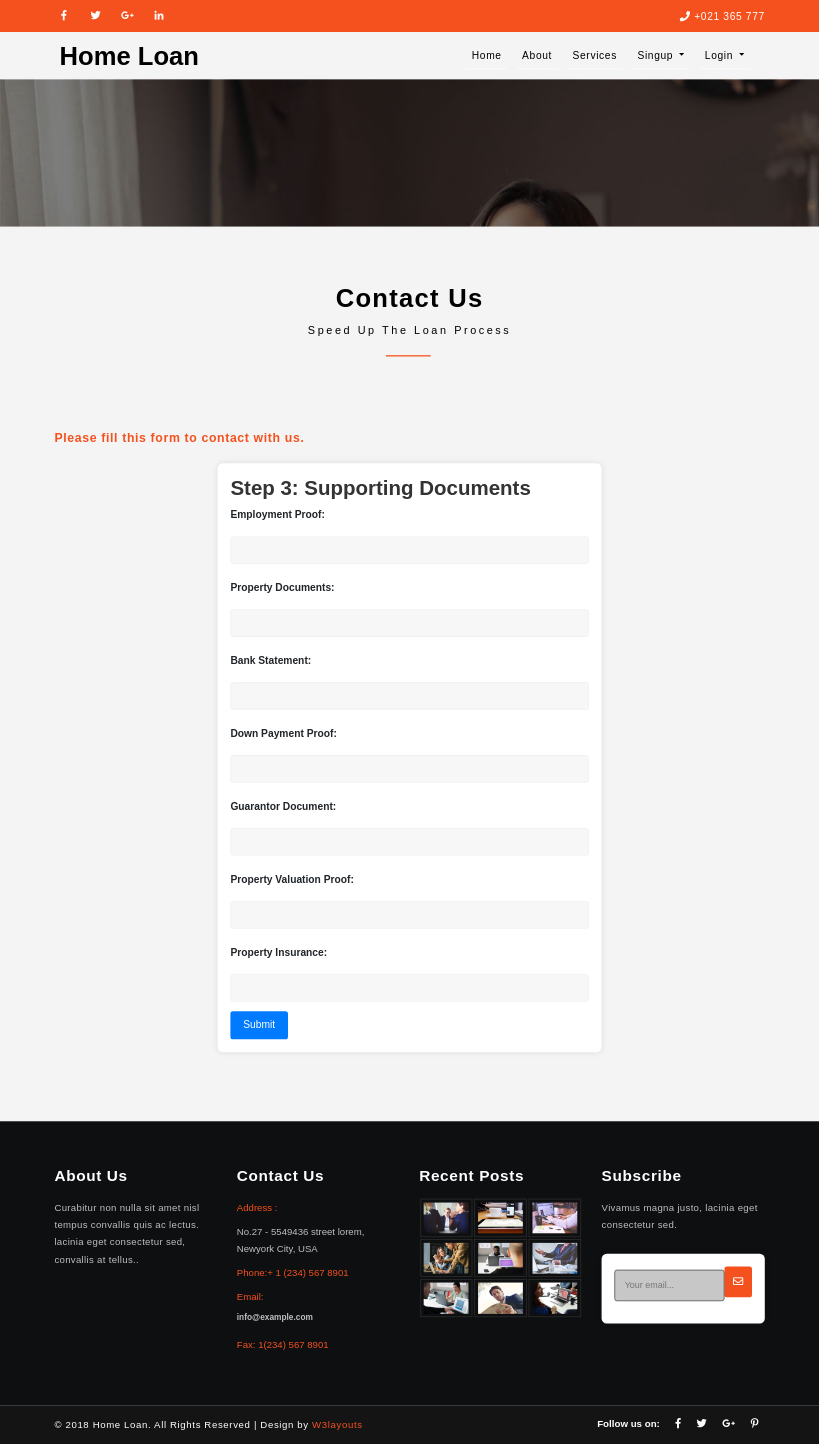
Repository: 72-faisal/Spring-MVC-project
Page: http://localhost/HomeLoan/WEB-INF/views/UserFormForLoanOnline3.jsp
These files come from the project's save history. The page is drawn as it stood at one moment and after the next save; the edit follows.
The browser window is 1280 px wide. The pictures show the whole page, at 64% of full size.
Some web fonts or font styles are not loaded; a fallback is used. The page is served by Tomcat 9. Nobody is signed in. Other server files are loaded and not shown. The template is opened directly, without the code that normally fills it, so the values that code supplies are empty.

Above is the page before, as saved 2023-12-29 11:54:45.

### HomeLoan/src/main/webapp/WEB-INF/views/UserFormForLoanOnline3.jsp
<%@ page language="java" contentType="text/html; charset=ISO-8859-1"
	pageEncoding="ISO-8859-1"%>

<!--
Author: W3layouts
Author URL: http://w3layouts.com
License: Creative Commons Attribution 3.0 Unported
License URL: http://creativecommons.org/licenses/by/3.0/
-->
<!DOCTYPE HTML>
<html lang="zxx">

<head>
<title>Home Loan a Banking Category Flat Bootstrap Responsive
	Website Template | Contact :: w3layouts</title>
<meta name="viewport" content="width=device-width, initial-scale=1">
<meta charset="utf-8">
<meta name="keywords"
	content="Home Loan Responsive web template, Bootstrap Web Templates, Flat Web Templates, Android Compatible web template,
SmartPhone Compatible web template, free WebDesigns for Nokia, Samsung, LG, SonyEricsson, Motorola web design" />
<script>
	addEventListener("load", function() {
		setTimeout(hideURLbar, 0);
	}, false);

	function hideURLbar() {
		window.scrollTo(0, 1);
	}
</script>

<!-- Bootstrap Core CSS -->
<link href="<%=request.getContextPath()%>/resources/css/bootstrap.css"
	rel='stylesheet' type='text/css' />
<link href="<%=request.getContextPath()%>/resources/css/style.css"
	rel='stylesheet' type='text/css' />
<!-- font-awesome icons -->
<link
	href="<%=request.getContextPath()%>/resources/css/fontawesome-all.min.css"
	rel="stylesheet">
<!-- //Custom Theme files -->
<!-- online fonts -->
<!-- titles -->
<link
	href="//fonts.googleapis.com/css?family=Raleway:300,400,500,600,700,800,900"
	rel="stylesheet">
<!-- body -->
<link
	href="//fonts.googleapis.com/css?family=Poppins:400,500,600,700,800"
	rel="stylesheet">
<style type="text/css">
body {
	font-family: 'Arial', sans-serif;
	background-color: #f4f4f4;
	margin: 0;
	padding: 0;
}

form {
	background-color: #fff;
	max-width: 600px;
	margin: 20px auto;
	padding: 20px;
	border-radius: 8px;
	box-shadow: 0 0 10px rgba(0, 0, 0, 0.1);
}

h2 {
	color: #333;
}

label {
	display: block;
	margin-top: 10px;
	font-weight: bold;
}

input {
	width: 100%;
	padding: 10px;
	margin-top: 5px;
	margin-bottom: 15px;
	box-sizing: border-box;
	border: 1px solid #ccc;
	border-radius: 4px;
}

button {
	background-color: #007bff;
	color: #fff;
	border: none;
	padding: 10px 20px;
	border-radius: 4px;
	cursor: pointer;
}

button:hover {
	background-color: #0056b3;
}

/* Style for each step/page */
#step1, #step2, #step3 {
	display: none;
}

/* Common styling for steps */
#step1 h2, #step2 h2, #step3 h2 {
	color: #333;
	border-bottom: 2px solid #ccc;
	padding-bottom: 10px;
	margin-bottom: 20px;
}

/* Responsive styling for small screens */
@media ( max-width : 600px) {
	form {
		margin: 10px;
		padding: 15px;
	}
}
</style>
</head>

<body>

	<!-- header -->
	<header>
		<div class="top">
			<div class="container">
				<div class="t-op row">
					<div class="col-sm-6 top-middle">
						<ul>
							<li><a href="#"><i class="fab fa-facebook-f"></i></a></li>
							<li><a href="#"><i class="fab fa-twitter"></i></a></li>
							<li><a href="#"><i class="fab fa-google-plus-g"></i></a></li>
							<li><a href="#"><i class="fab fa-linkedin-in"></i></a></li>
						</ul>
					</div>
					<div class="col-sm-6 top-left">
						<ul>
							<li><i class="fas fa-phone"></i> +021 365 777</li>
						</ul>
					</div>
				</div>
			</div>
		</div>
		<div class="container">
			<nav class="navbar navbar-expand-lg navbar-light">
				<h1>
					<a class="navbar-brand text-capitalize" href=index> Home Loan </a>
				</h1>
				<button class="navbar-toggler" type="button" data-toggle="collapse"
					data-target="#navbarSupportedContent"
					aria-controls="navbarSupportedContent" aria-expanded="false"
					aria-label="Toggle navigation">
					<span class="navbar-toggler-icon"></span>
				</button>

				<div class="collapse navbar-collapse" id="navbarSupportedContent">
					<ul class="navbar-nav text-center  ml-lg-auto">
						<li class="nav-item mr-3"><a class="nav-link" href=index>Home
								<span class="sr-only">(current)</span>
						</a></li>
						<li class="nav-item  mr-3"><a class="nav-link" href="about">About</a>
						</li>
						<li class="nav-item  mr-3"><a class="nav-link"
							href="services">Services</a></li>
						<li class="nav-item dropdown mr-3"><a
							class="nav-link dropdown-toggle" href="#" id="navbarDropdown"
							role="button" data-toggle="dropdown" aria-haspopup="true"
							aria-expanded="false"> Singup </a>
							<div class="dropdown-menu" aria-labelledby="navbarDropdown">
								<a class="dropdown-item" href="UserRegister">Register</a>
								<!-- <a class="dropdown-item" href="gallery">Gallery</a> -->
							</div></li>
						<li class="nav-item dropdown mr-3"><a
							class="nav-link dropdown-toggle" href="#" id="navbarDropdown"
							role="button" data-toggle="dropdown" aria-haspopup="true"
							aria-expanded="false"> Login </a>
							<div class="dropdown-menu" aria-labelledby="navbarDropdown">
								<a class="dropdown-item" href="UserLogin">Login</a>
								<!-- <a class="dropdown-item" href="gallery">Gallery</a> -->
							</div></li>
						<!-- 	<li class="nav-item active"><a class="nav-link"
							href="contact">contact</a></li> -->
					</ul>
				</div>
			</nav>
		</div>
	</header>
	<!-- //header -->
	<!-- banner -->
	<section class="banner-1"></section>
	<!-- //banner -->
	<!--/contact-->
	<section class="contact py-5">
		<div class="container py-md-4 mt-md-3">
			<h2 class="heading-agileinfo">
				Contact Us<span>Speed Up The Loan Process</span>
			</h2>
			<span class="w3-line black"></span>
			<div class="inner-sec-w3layouts-agileinfo mt-md-5 pt-5">

				<div class="contact_grid_right mt-5">
					<h6>Please fill this form to contact with us.</h6>
					<form action="UploadDocuments" method="post"
						enctype="multipart/form-data">
						<!-- Step 3: Supporting Documents -->
						<h2>Step 3: Supporting Documents</h2>
						<label for="emp_proof">Employment Proof:</label> <input
							type="text" id="emp_proof" name="emp_proof" required> <label
							for="property_documents">Property Documents:</label> <input
							type="text" id="property_documents" name="property_documents"
							required> <label for="bank_statment">Bank
							Statement:</label> <input type="text" id="bank_statment"
							name="bank_statment" required> <label for="dp_proof">Down
							Payment Proof:</label> <input type="text" id="dp_proof" name="dp_proof"
							required> <label for="guarantor_document">Guarantor
							Document:</label> <input type="text" id="guarantor_document"
							name="guarantor_document" required> <label
							for="property_valuation_proof">Property Valuation Proof:</label>
						<input type="text" id="property_valuation_proof"
							name="property_valuation_proof" required> <label
							for="property_insurance">Property Insurance:</label> <input
							type="text" id="property_insurance" name="property_insurance"
							required>
							 <button type="submit">Submit</button>
    </div>

    <!-- Hidden input to track the current step -->
    <input type="hidden" name="currentStep" value="3">

					</form>
				</div>
			</div>
		</div>
	</section>
	<!--//contact-->
	<!--footer-->
	<footer>
		<div class="container py-md-4 mt-md-3">
			<div class="row footer-top-w3layouts-agile py-5">
				<div class="col-lg-3 col-md-6 col-sm-6 footer-grid">
					<div class="footer-title">
						<h3>About Us</h3>
					</div>
					<div class="footer-text">
						<p>Curabitur non nulla sit amet nisl tempus convallis quis ac
							lectus. lacinia eget consectetur sed, convallis at tellus..</p>

					</div>
				</div>
				<div class="col-lg-3 col-md-6 col-sm-6 footer-grid">
					<div class="footer-title">
						<h3>Contact Us</h3>
					</div>
					<div class="footer-office-hour">
						<ul>
							<li class="hd">Address :</li>
							<li>No.27 - 5549436 street lorem, Newyork City, USA</li>

						</ul>
						<ul>
							<li class="hd">Phone:+ 1 (234) 567 8901</li>
							<li class="hd">Email: <a href="mailto:info@example.com">info@example.com</a>
							</li>
							<li class="hd">Fax: 1(234) 567 8901</li>
						</ul>
					</div>
				</div>
				<div class="col-lg-3 col-md-6 col-sm-6 footer-grid">
					<div class="footer-title">
						<h3>Recent Posts</h3>
					</div>
					<div class="footer-list">
						<div class="flickr-grid">
							<a href="#" data-toggle="modal" data-target="#myModal"> <img
								src="<%=request.getContextPath()%>/resources/images/g1.jpg"
								class="img-fluid" alt=" ">
							</a>
						</div>
						<div class="flickr-grid">
							<a href="#" data-toggle="modal" data-target="#myModal"> <img
								src="<%=request.getContextPath()%>/resources/images/g2.jpg"
								class="img-fluid" alt=" ">
							</a>
						</div>
						<div class="flickr-grid">
							<a href="#" data-toggle="modal" data-target="#myModal"> <img
								src="<%=request.getContextPath()%>/resources/images/g3.jpg"
								class="img-fluid" alt=" ">
							</a>
						</div>
						<div class="flickr-grid">
							<a href="#" data-toggle="modal" data-target="#myModal"> <img
								src="<%=request.getContextPath()%>/resources/images/g4.jpg"
								class="img-fluid" alt=" ">
							</a>
						</div>
						<div class="flickr-grid">
							<a href="#" data-toggle="modal" data-target="#myModal"> <img
								src="<%=request.getContextPath()%>/resources/images/g5.jpg"
								class="img-fluid" alt=" ">
							</a>
						</div>
						<div class="flickr-grid">
							<a href="#" data-toggle="modal" data-target="#myModal"> <img
								src="<%=request.getContextPath()%>/resources/images/g6.jpg"
								class="img-fluid" alt=" ">
							</a>
						</div>
						<div class="flickr-grid">
							<a href="#" data-toggle="modal" data-target="#myModal"> <img
								src="<%=request.getContextPath()%>/resources/images/g7.jpg"
								class="img-fluid" alt=" ">
							</a>
						</div>
						<div class="flickr-grid">
							<a href="#" data-toggle="modal" data-target="#myModal"> <img
								src="<%=request.getContextPath()%>/resources/images/g9.jpg"
								class="img-fluid" alt=" ">
							</a>
						</div>
						<div class="flickr-grid">
							<a href="#" data-toggle="modal" data-target="#myModal"> <img
								src="<%=request.getContextPath()%>/resources/images/g8.jpg"
								class="img-fluid" alt=" ">
							</a>
						</div>
						<div class="clearfix"></div>
					</div>
				</div>
				<div class="col-lg-3 col-md-6 col-sm-6 footer-grid">
					<div class="footer-title">
						<h3>Subscribe</h3>
					</div>
					<p>Vivamus magna justo, lacinia eget consectetur sed.</p>
					<form action="#" method="post" class="newsletter">
						<input class="email" type="email" placeholder="Your email..."
							required="">
						<button class="btn1">
							<i class="far fa-envelope"></i>
						</button>
					</form>
					<div class="clearfix"></div>
				</div>
			</div>
		</div>
	</footer>
	<!---->
	<div class="copyright py-3">
		<div class="container">
			<div class="copyrighttop">
				<ul>
					<li>
						<h4>Follow us on:</h4>
					</li>
					<li><a class="facebook" href="#"> <i
							class="fab fa-facebook-f"></i>
					</a></li>
					<li><a class="facebook" href="#"> <i
							class="fab fa-twitter"></i>
					</a></li>
					<li><a class="facebook" href="#"> <i
							class="fab fa-google-plus-g"></i>
					</a></li>
					<li><a class="facebook" href="#"> <i
							class="fab fa-pinterest-p"></i>
					</a></li>
				</ul>
			</div>
			<div class="copyrightbottom">
				<p>
					© 2018 Home Loan. All Rights Reserved | Design by <a
						href="http://w3layouts.com/">W3layouts</a>
				</p>
			</div>
			<div class="clearfix"></div>
		</div>
	</div>
	<!-- Modal -->
	<div class="modal fade" id="myModal" tabindex="-1" role="dialog"
		aria-labelledby="exampleModalCenterTitle" aria-hidden="true">
		<div class="modal-dialog modal-dialog-centered" role="document">
			<div class="modal-content">
				<div class="modal-header">
					<h4 class="modal-title">Home Loan</h4>
					<button type="button" class="close" data-dismiss="modal"
						aria-label="Close">
						<span aria-hidden="true">&times;</span>
					</button>
				</div>
				<div class="modal-body">
					<div class="agileits-w3layouts-info">
						<img src="<%=request.getContextPath()%>/resources/images/g6.jpg"
							class="img-fluid" alt="" />
						<p>Duis venenatis, turpis eu bibendum porttitor, sapien quam
							ultricies tellus, ac rhoncus risus odio eget nunc. Pellentesque
							ac fermentum diam. Integer eu facilisis nunc, a iaculis felis.
							Pellentesque pellentesque tempor enim, in dapibus turpis
							porttitor quis.</p>
					</div>
				</div>
				<div class="modal-footer">
					<button type="button" class="btn btn-secondary"
						data-dismiss="modal">Close</button>
					<button type="button" class="btn btn-primary">Save changes</button>
				</div>
			</div>
		</div>
	</div>
	<!-- //Modal -->
	<!-- js-->
	<script
		src="<%=request.getContextPath()%>/resources/js/jquery-2.2.3.min.js"></script>
	<!-- js-->
	<!-- Bootstrap Core JavaScript -->
	<script src="<%=request.getContextPath()%>/resources/js/bootstrap.js ">

	</script>
	<!-- //Bootstrap Core JavaScript -->
</body>
</html>

Loaded but not shown: HomeLoan/src/main/webapp/WEB-INF/resources/assets/css/bootstrap.css (library); HomeLoan/src/main/webapp/WEB-INF/resources/assets/css/fontawesome-all.min.css (library); HomeLoan/src/main/webapp/WEB-INF/resources/assets/js/jquery-2.2.3.min.js (library); HomeLoan/src/main/webapp/WEB-INF/resources/assets/js/bootstrap.js (library); HomeLoan/src/main/webapp/WEB-INF/resources/assets/css/style.css (2094 lines, source omitted)

After the next save:
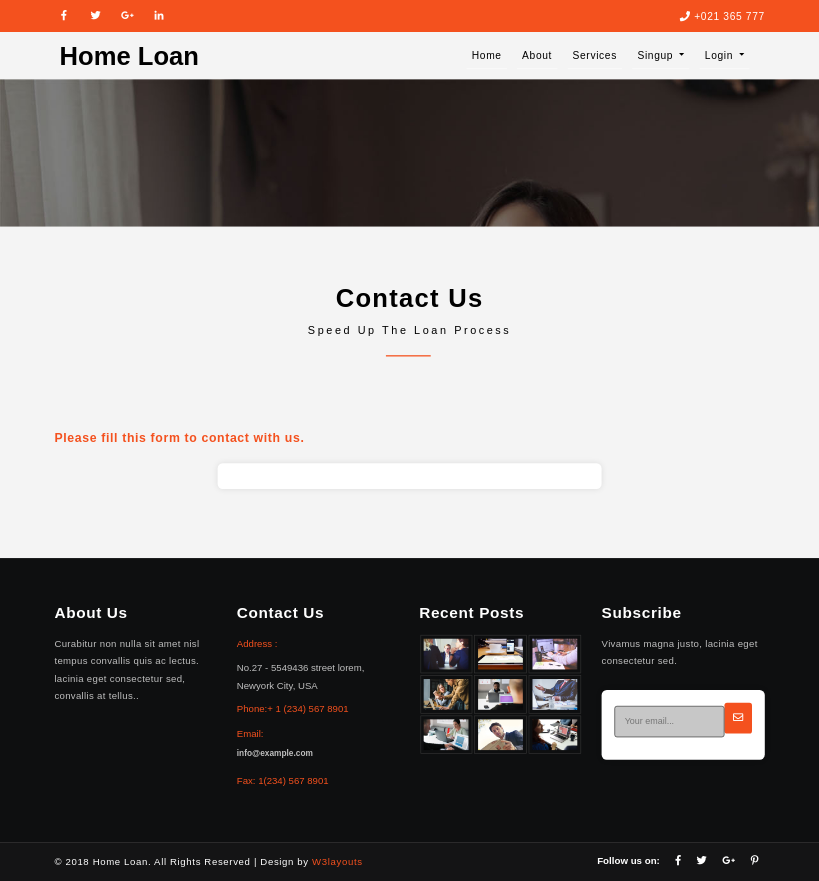
Saved 14 s later.
--- a/HomeLoan/src/main/webapp/WEB-INF/views/UserFormForLoanOnline3.jsp
+++ b/HomeLoan/src/main/webapp/WEB-INF/views/UserFormForLoanOnline3.jsp
@@ -204,6 +204,7 @@ button:hover {
 					<h6>Please fill this form to contact with us.</h6>
 					<form action="UploadDocuments" method="post"
 						enctype="multipart/form-data">
+						 <div id="step3">
 						<!-- Step 3: Supporting Documents -->
 						<h2>Step 3: Supporting Documents</h2>
 						<label for="emp_proof">Employment Proof:</label> <input
@@ -223,15 +224,15 @@ button:hover {
 							for="property_insurance">Property Insurance:</label> <input
 							type="text" id="property_insurance" name="property_insurance"
 							required>
-							 <button type="submit">Submit</button>
-    </div>
-
-    <!-- Hidden input to track the current step -->
-    <input type="hidden" name="currentStep" value="3">
-
-					</form>
-				</div>
-			</div>
+						<button type="submit">Submit</button>
+				</div>
+
+				<!-- Hidden input to track the current step -->
+				<input type="hidden" name="currentStep" value="3">
+
+				</form>
+			</div>
+		</div>
 		</div>
 	</section>
 	<!--//contact-->
